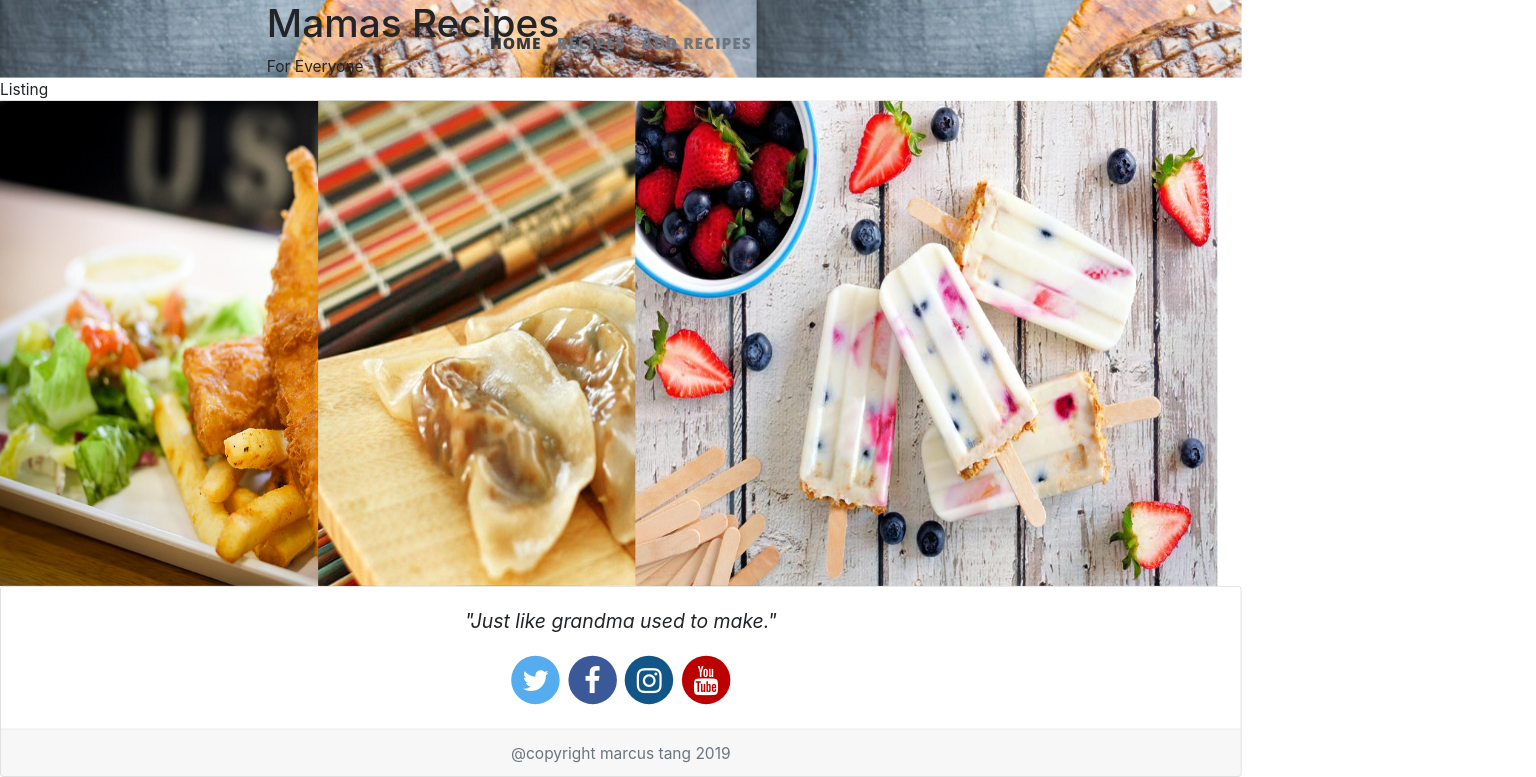
Repository: marstangg/mamasrecipes
Page: templates/index.html
The author's editor kept a record of every edit. The page is drawn from the files as they stood at one moment, then again after the next edit.
The browser window is 1280 px wide. The page is 1295 px wide, then 1583 px, so the pictures cover 1583 px, including what lies to the right of the window. The pictures show the whole page, at 97% of full size.
Some web libraries are served in a nearby version. The template is drawn by Flask 3. The application's start-up code is not run. Other server files are loaded and not shown. The template is opened directly, without the code that normally fills it, so the values that code supplies are empty.

Above is the page before.

### templates/index.html
{% extends 'base.html' %}

{% block content %}
  <!--Page Header -->
  <header class="masthead" style="background-image: url('static/img/mamasrecipe.jpg')">
    <div class="overlay"></div>
    <div class="container">
      <div class="row">
        <div class="col-lg-8 col-md-10 mx-auto">
          <div class="site-heading">
            <h1>Mamas Recipes</h1>
            <span class="subheading">For Everyone</span>
          </div>
        </div>
      </div>
    </div>
  </header>
  Listing
  <div class="row">
    <div class="col-3">
      <img src="static/img/western.jpg" alt="western" width="600" height="500">
    </div>
    <div class="col-3">
      <img src="static/img/gyoza.jpg" alt="asian" width="600" height="500">
    </div>
    <div class="col-3">
      <img src="static/img/dessert.jpg" alt="dessert"width="600" height="500">
    </div>
    <div class="col-3">

    </div>


  </div>
{% endblock %}

### templates/base.html
<!doctype html>
<html lang="en">

<head>
  <!-- Required meta tags -->
  <meta charset="utf-8">
  <meta name="viewport" content="width=device-width, initial-scale=1, shrink-to-fit=no">

  <!-- Custom fonts for this template -->
  <link rel="stylesheet" href="https://cdnjs.cloudflare.com/ajax/libs/font-awesome/4.7.0/css/font-awesome.min.css">
  <link href='https://fonts.googleapis.com/css?family=Lora:400,700,400italic,700italic' rel='stylesheet' type='text/css'>
  <link href='https://fonts.googleapis.com/css?family=Open+Sans:300italic,400italic,600italic,700italic,800italic,400,300,600,700,800' rel='stylesheet' type='text/css'>

  <!-- Bootstrap CSS -->
  <link rel="stylesheet" href="https://maxcdn.bootstrapcdn.com/bootstrap/4.0.0/css/bootstrap.min.css" integrity="sha384-Gn5384xqQ1aoWXA+058RXPxPg6fy4IWvTNh0E263XmFcJlSAwiGgFAW/dAiS6JXm" crossorigin="anonymous">

  <!-- Custom styles for this template -->
  <link href="/static/css/style.css" rel="stylesheet">

  <title>Mama's Recipe | A portal for everyone to share their mama's recipes</title>
</head>

<body>
  <!-- Navigation -->
  <nav class="navbar navbar-expand-lg navbar-light fixed-top {% block navbg %} bg-transparent {% endblock %}" id="mainNav">
    <div class="container">

      <button class="navbar-toggler navbar-toggler-right text-white" type="button" data-toggle="collapse" data-target="#navbarResponsive" aria-controls="navbarResponsive" aria-expanded="false" aria-label="Toggle navigation">
        Menu
      </button> {% block navbrand %} {% endblock %}
      <div class="collapse navbar-collapse" id="navbarResponsive">
        <ul class="navbar-nav mx-auto mt-4">
          <a class="nav-item mx-2 {% block navhome %} text-dark {% endblock %}" href="{{url_for('index')}}"> Home </a>
          <a class="nav-item mx-2 {% block navrecipes %} text-secondary {% endblock %}" href="{{url_for('recipes')}}"> Recipes</a>
          <a class="nav-item mx-2 {% block navadd %} text-secondary {% endblock %}" href="{{url_for('recipe_add')}}"> Add Recipes</a>
        </ul>
      </div>
    </div>
  </nav>

  {% block content %} {% endblock %}

  <footer>
    <div class="card text-center">
      <div class="card-body">
        <!--<h5 class="card-title">""</h5>-->
        <blockquote class="blockquote">
          <p class="mb-0 font-italic">"Just like grandma used to make."</p>
        </blockquote>

        <div>
          <a href="#" class="fa fa-twitter"></a>
          <a href="#" class="fa fa-facebook"></a>
          <a href="#" class="fa fa-instagram"></a>
          <a href="#" class="fa fa-youtube"></a>
    </div>

      </div>
      <div class="card-footer text-muted">
        @copyright marcus tang 2019
      </div>
    </div>
  </footer>
  <!-- Optional JavaScript -->
  <!-- jQuery first, then Popper.js, then Bootstrap JS -->
  <script src="https://code.jquery.com/jquery-3.2.1.slim.min.js" integrity="sha384-KJ3o2DKtIkvYIK3UENzmM7KCkRr/rE9/Qpg6aAZGJwFDMVNA/GpGFF93hXpG5KkN" crossorigin="anonymous"></script>
  <script src="https://cdnjs.cloudflare.com/ajax/libs/popper.js/1.12.9/umd/popper.min.js" integrity="sha384-ApNbgh9B+Y1QKtv3Rn7W3mgPxhU9K/ScQsAP7hUibX39j7fakFPskvXusvfa0b4Q" crossorigin="anonymous"></script>
  <script src="https://maxcdn.bootstrapcdn.com/bootstrap/4.0.0/js/bootstrap.min.js" integrity="sha384-JZR6Spejh4U02d8jOt6vLEHfe/JQGiRRSQQxSfFWpi1MquVdAyjUar5+76PVCmYl" crossorigin="anonymous"></script>
</body>

</html>

Loaded but not shown: static/css/style.css (common file)

After the next edit:
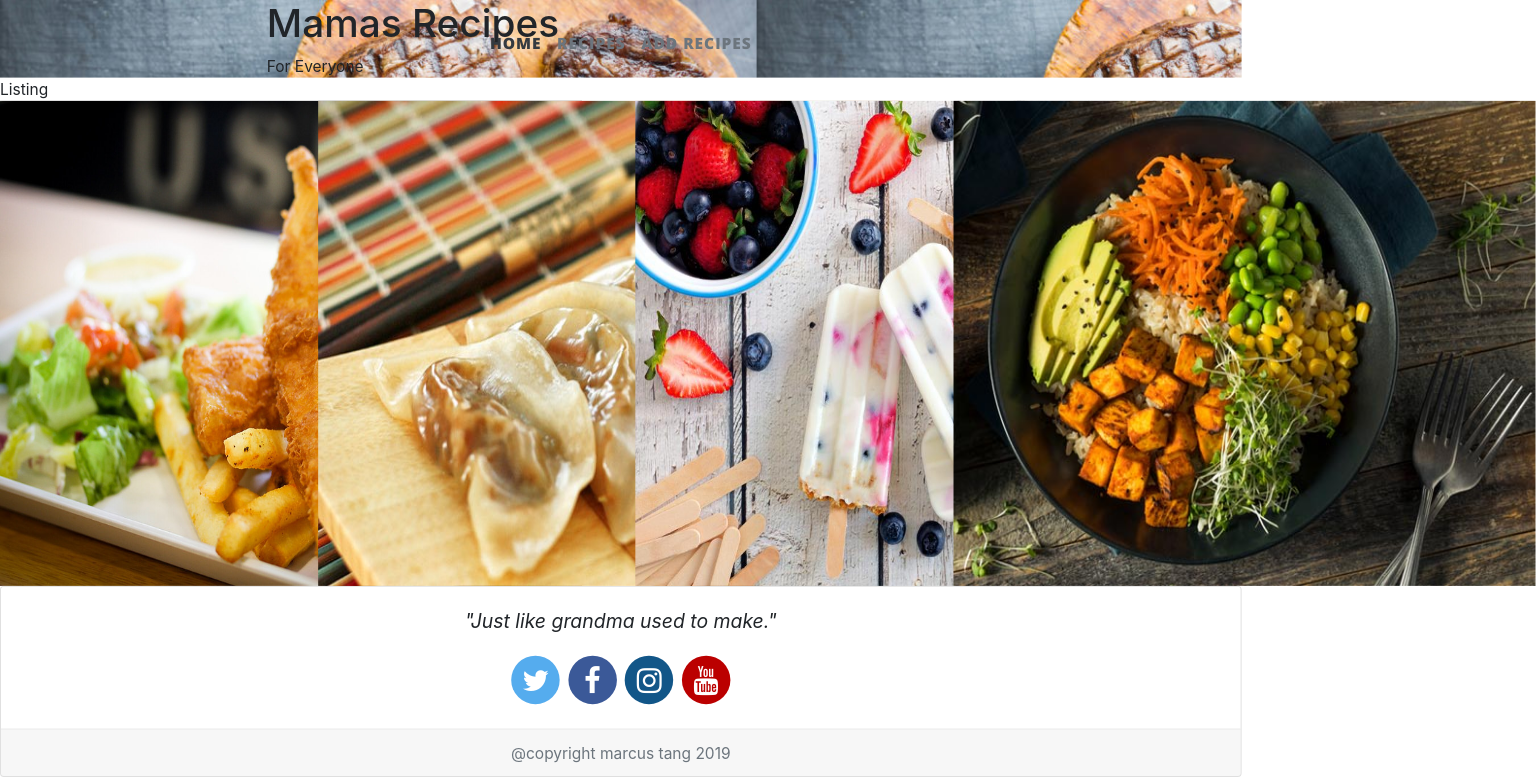
The edit:
--- a/templates/index.html
+++ b/templates/index.html
@@ -27,7 +27,7 @@
       <img src="static/img/dessert.jpg" alt="dessert"width="600" height="500">
     </div>
     <div class="col-3">
-
+      <img src="static/img/vege.jpg" alt="veg"width="600" height="500">
     </div>
 
 
